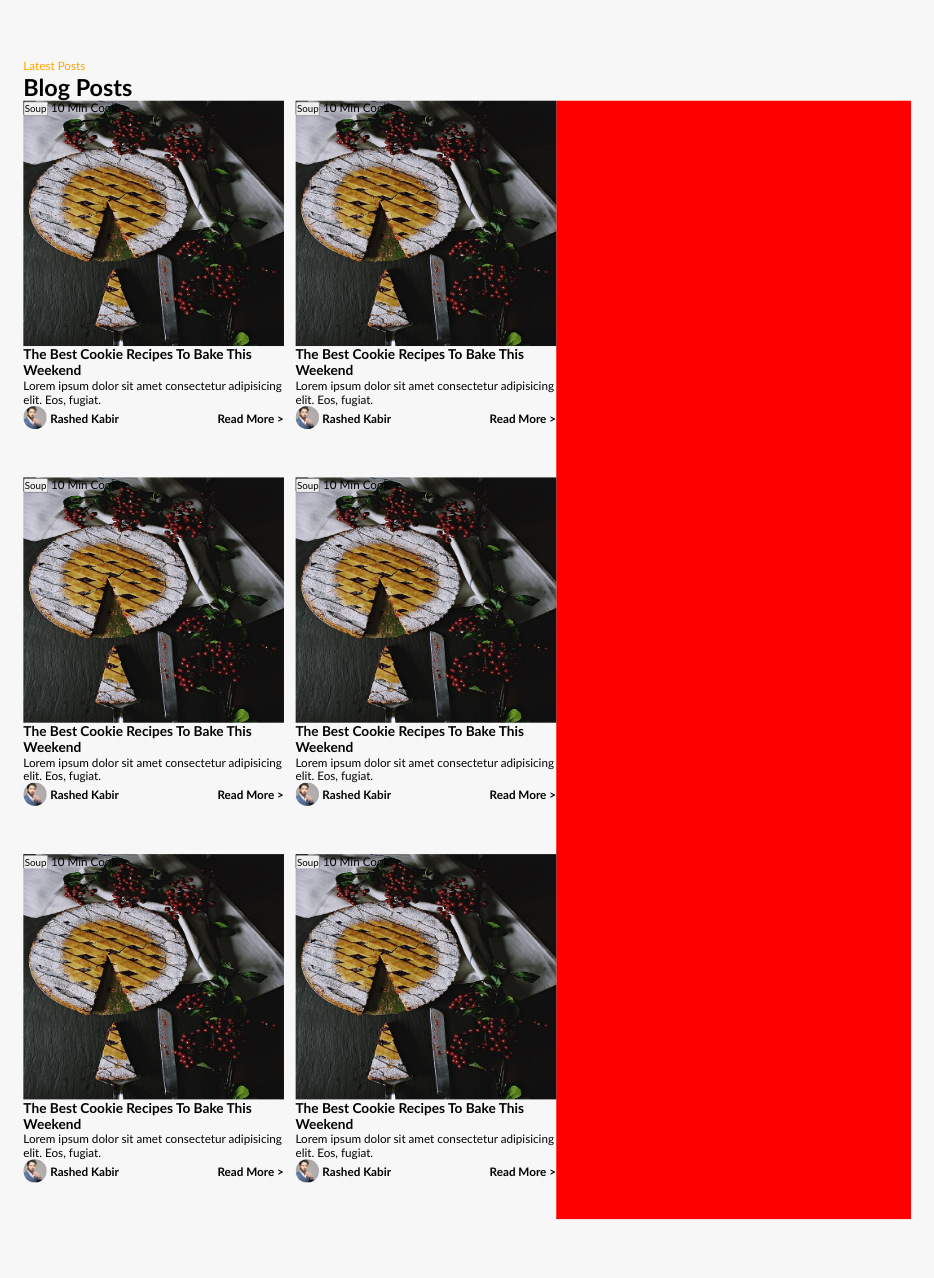
Repository: ngoctinvo/diner_project_cybersoft
Page: html/blog.html
An editor plug-in stored every save of this project. The page is shown before and after the next save, followed by the edit.
The browser window is 1280 px wide. The pictures show the whole page, at 73% of full size.
The style sheet was rebuilt from its Sass, Less or Tailwind sources for each picture, by a compiler version that may differ from the author's.

Above is the page before, as saved 2022-04-19 10:18:37.

### html/blog.html
<!DOCTYPE html>
<html lang="en">

<head>
    <meta charset="UTF-8">
    <meta http-equiv="X-UA-Compatible" content="IE=edge">
    <meta name="viewport" content="width=device-width, initial-scale=1.0">
    <title>Document</title>
    <link rel="stylesheet" href="../css/blog.css">
</head>

<body>
    <header></header>
    <section class="blog">
        <div class="container">
            <div class="title">
                <p>Latest Posts</p>
                <h1>Blog Posts</h1>
            </div>
            <div class="row">
                <div class="left-posts">
                    <div class="list">
                        <div class="item">
                            <div class="img">
                                <img src="../img/blog/g4.jpg" alt="">
                                <div class="info-img">
                                    <button>Soup</button>
                                    <span><i class="fa fa-clock"></i> 10 Min Cook</span>
                                </div>

                            </div>
                            <div class="content">
                                <h3>The Best Cookie Recipes To Bake This Weekend</h3>
                                <p>Lorem ipsum dolor sit amet consectetur adipisicing elit. Eos, fugiat.</p>
                            </div>
                            <div class="author">
                                <div class="author-info">
                                    <a href="#">
                                        <img src="../img/blog/team1.jpg" alt="">
                                        <span>Rashed Kabir</span>
                                    </a>
                                </div>

                                <a href="#">Read More ></a>
                            </div>
                        </div>
                        <div class="item">
                            <div class="img">
                                <img src="../img/blog/g4.jpg" alt="">
                                <div class="info-img">
                                    <button>Soup</button>
                                    <span><i class="fa fa-clock"></i> 10 Min Cook</span>
                                </div>

                            </div>
                            <div class="content">
                                <h3>The Best Cookie Recipes To Bake This Weekend</h3>
                                <p>Lorem ipsum dolor sit amet consectetur adipisicing elit. Eos, fugiat.</p>
                            </div>
                            <div class="author">
                                <div class="author-info">
                                    <a href="#">
                                        <img src="../img/blog/team1.jpg" alt="">
                                        <span>Rashed Kabir</span>
                                    </a>
                                </div>

                                <a href="#">Read More ></a>
                            </div>
                        </div>
                        <div class="item">
                            <div class="img">
                                <img src="../img/blog/g4.jpg" alt="">
                                <div class="info-img">
                                    <button>Soup</button>
                                    <span><i class="fa fa-clock"></i> 10 Min Cook</span>
                                </div>

                            </div>
                            <div class="content">
                                <h3>The Best Cookie Recipes To Bake This Weekend</h3>
                                <p>Lorem ipsum dolor sit amet consectetur adipisicing elit. Eos, fugiat.</p>
                            </div>
                            <div class="author">
                                <div class="author-info">
                                    <a href="#">
                                        <img src="../img/blog/team1.jpg" alt="">
                                        <span>Rashed Kabir</span>
                                    </a>
                                </div>

                                <a href="#">Read More ></a>
                            </div>
                        </div>
                        <div class="item">
                            <div class="img">
                                <img src="../img/blog/g4.jpg" alt="">
                                <div class="info-img">
                                    <button>Soup</button>
                                    <span><i class="fa fa-clock"></i> 10 Min Cook</span>
                                </div>

                            </div>
                            <div class="content">
                                <h3>The Best Cookie Recipes To Bake This Weekend</h3>
                                <p>Lorem ipsum dolor sit amet consectetur adipisicing elit. Eos, fugiat.</p>
                            </div>
                            <div class="author">
                                <div class="author-info">
                                    <a href="#">
                                        <img src="../img/blog/team1.jpg" alt="">
                                        <span>Rashed Kabir</span>
                                    </a>
                                </div>

                                <a href="#">Read More ></a>
                            </div>
                        </div>
                        <div class="item">
                            <div class="img">
                                <img src="../img/blog/g4.jpg" alt="">
                                <div class="info-img">
                                    <button>Soup</button>
                                    <span><i class="fa fa-clock"></i> 10 Min Cook</span>
                                </div>

                            </div>
                            <div class="content">
                                <h3>The Best Cookie Recipes To Bake This Weekend</h3>
                                <p>Lorem ipsum dolor sit amet consectetur adipisicing elit. Eos, fugiat.</p>
                            </div>
                            <div class="author">
                                <div class="author-info">
                                    <a href="#">
                                        <img src="../img/blog/team1.jpg" alt="">
                                        <span>Rashed Kabir</span>
                                    </a>
                                </div>

                                <a href="#">Read More ></a>
                            </div>
                        </div>
                        <div class="item">
                            <div class="img">
                                <img src="../img/blog/g4.jpg" alt="">
                                <div class="info-img">
                                    <button>Soup</button>
                                    <span><i class="fa fa-clock"></i> 10 Min Cook</span>
                                </div>

                            </div>
                            <div class="content">
                                <h3>The Best Cookie Recipes To Bake This Weekend</h3>
                                <p>Lorem ipsum dolor sit amet consectetur adipisicing elit. Eos, fugiat.</p>
                            </div>
                            <div class="author">
                                <div class="author-info">
                                    <a href="#">
                                        <img src="../img/blog/team1.jpg" alt="">
                                        <span>Rashed Kabir</span>
                                    </a>
                                </div>

                                <a href="#">Read More ></a>
                            </div>
                        </div>
                    </div>
                    <div class="control-btn"></div>
                </div>
                <div class="right-posts">
                    <!-- <div class="right-container">
                        <div class="item latest-recipes">
                            <h2>Lastest recipes</h2>
                            <div class="list">
                                <div class="item">
                                    <img src="../img/blog/banner1.jpg">
                                    <span>How to make capuccino</span>
                                </div>
                                <div class="item">
                                    <img src="../img/blog/banner1.jpg">
                                    <span>How to make capuccino</span>
                                </div>
                                <div class="item">
                                    <img src="../img/blog/banner1.jpg">
                                    <span>How to make capuccino</span>
                                </div>
                                <div class="item">
                                    <img src="../img/blog/banner1.jpg">
                                    <span>How to make capuccino</span>
                                </div>
                            </div>
                        </div>
                        <div class="item trending-posts">
                            <h3>Trending posts</h3>
                            <div class="list">
                                <div class="item">
                                    <img src="../img/blog/g3.jpg" alt="">
                                    <div class="info">
                                        <p>12 Curry Recipes You’ll Ever Need</p>
                                        <span>Feb 4, 2021</span>
                                    </div>
                                </div>
                            </div>
                        </div>
                        <div class="item categories">
                            <h3>Categories</h3>
                            <ul>
                                <li>
                                    <a href="#">Desserts</a>
                                </li>
                                <li>
                                    <a href="#">Cakes and Biscuits</a>
                                </li>
                                <li>
                                    <a href="#">Food recipes</a>
                                </li>

                            </ul>
                        </div>
                        <div class="item advertisement">
                            <h3>Advertisement</h3>
                            <img src="../img/blog/g1.jpg" alt="">
                        </div>
                    </div> -->



                </div>
            </div>
        </div>
        </div>
    </section>
    <footer></footer>
</body>

</html>

### sass/blog.scss
* {
    margin: 0;
    padding: 0;
    box-sizing: border-box;
    font-family: 'Gill Sans', 'Gill Sans MT', Calibri, 'Trebuchet MS', sans-serif;
}

.blog {
    color: black;
    .container {
        width: 100%;
        background-color: #f7f7f7;
        padding: 5rem 2rem;
        .title {
            p {
                color: orange;
                font-size: 1rem;
            }
            h1 {
                font-size: 2rem;
            }
        }
        .row {
            display: flex;
            flex-direction: row;
            .left-posts {
                width: 60%;
                .list {
                    display: grid;
                    grid-template-columns: 1fr 1fr;
                    grid-template-rows: repeat(3, 500px);
                    gap: 1rem;
                    .item {
                        margin-bottom: 5rem;
                        .img {
                            position: relative;
                            height: 80%;
                            img {
                                width: 100%;
                                height: 100%;
                            }
                            .info-img {
                                position: absolute;
                                width: 100%;
                                height: 100%;
                                top: 0;
                                left: 0;
                            }
                        }
                        .author {
                            display: flex;
                            flex-direction: row;
                            justify-content: space-between;
                            align-items: center;
                            a {
                                display: flex;
                                flex-direction: row;
                                align-items: center;
                            }
                            .author-info {
                                margin-right: 1rem;
                                img {
                                    width: 2rem;
                                    border-radius: 50%;
                                    margin-right: 0.3rem;
                                }
                            }
                            a {
                                text-decoration: none;
                                color: black;
                                font-size: 1rem;
                                font-weight: 600;
                            }
                        }
                    }
                }
            }
            .right-posts {
                width: 40%;
                background-color: red;
            }
        }
    }
}

After the next save:
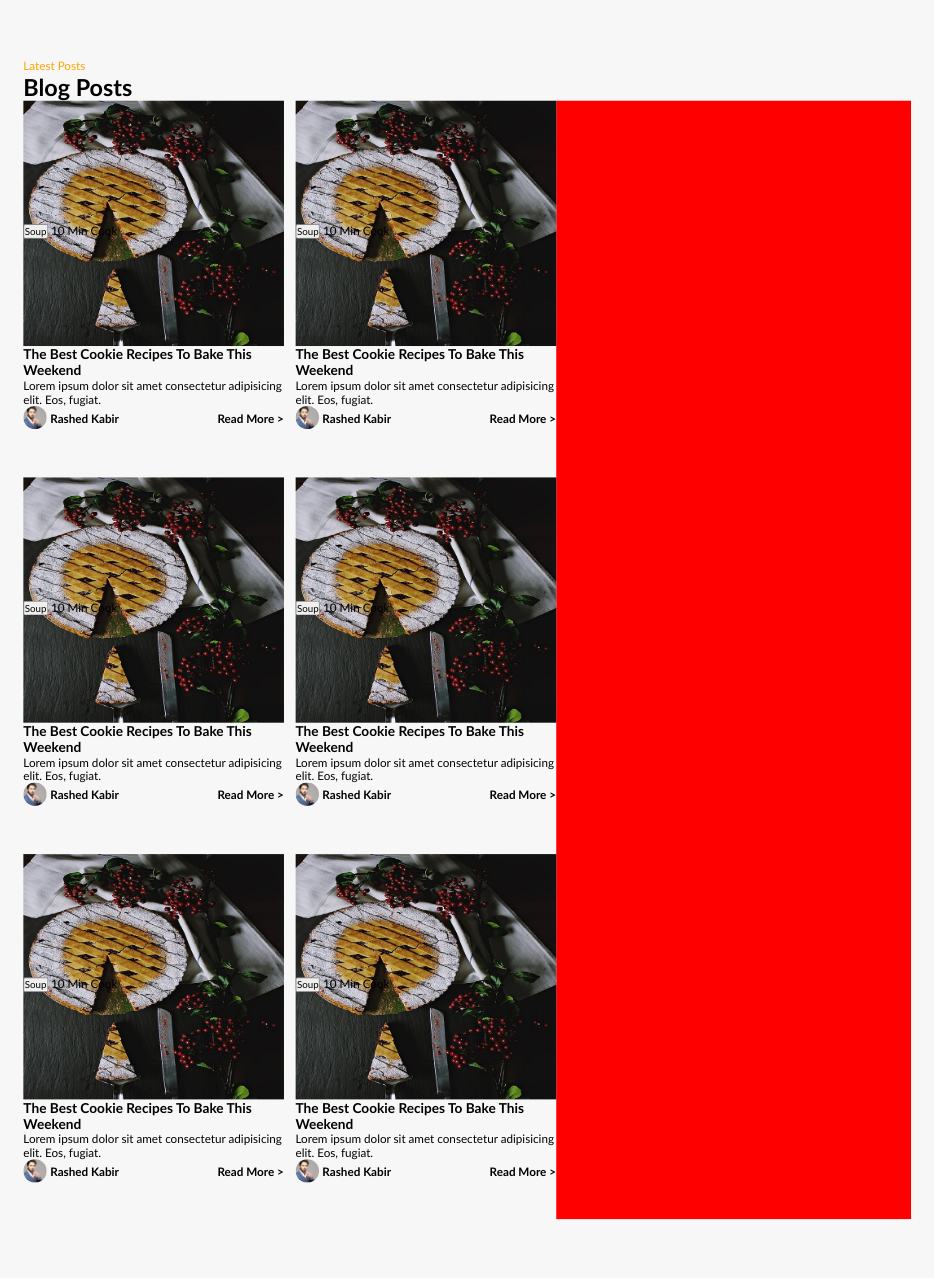
Saved 4 s later.
--- a/sass/blog.scss
+++ b/sass/blog.scss
@@ -43,7 +43,7 @@
                                 position: absolute;
                                 width: 100%;
                                 height: 100%;
-                                top: 0;
+                                top: 50%;
                                 left: 0;
                             }
                         }

After the save that followed:
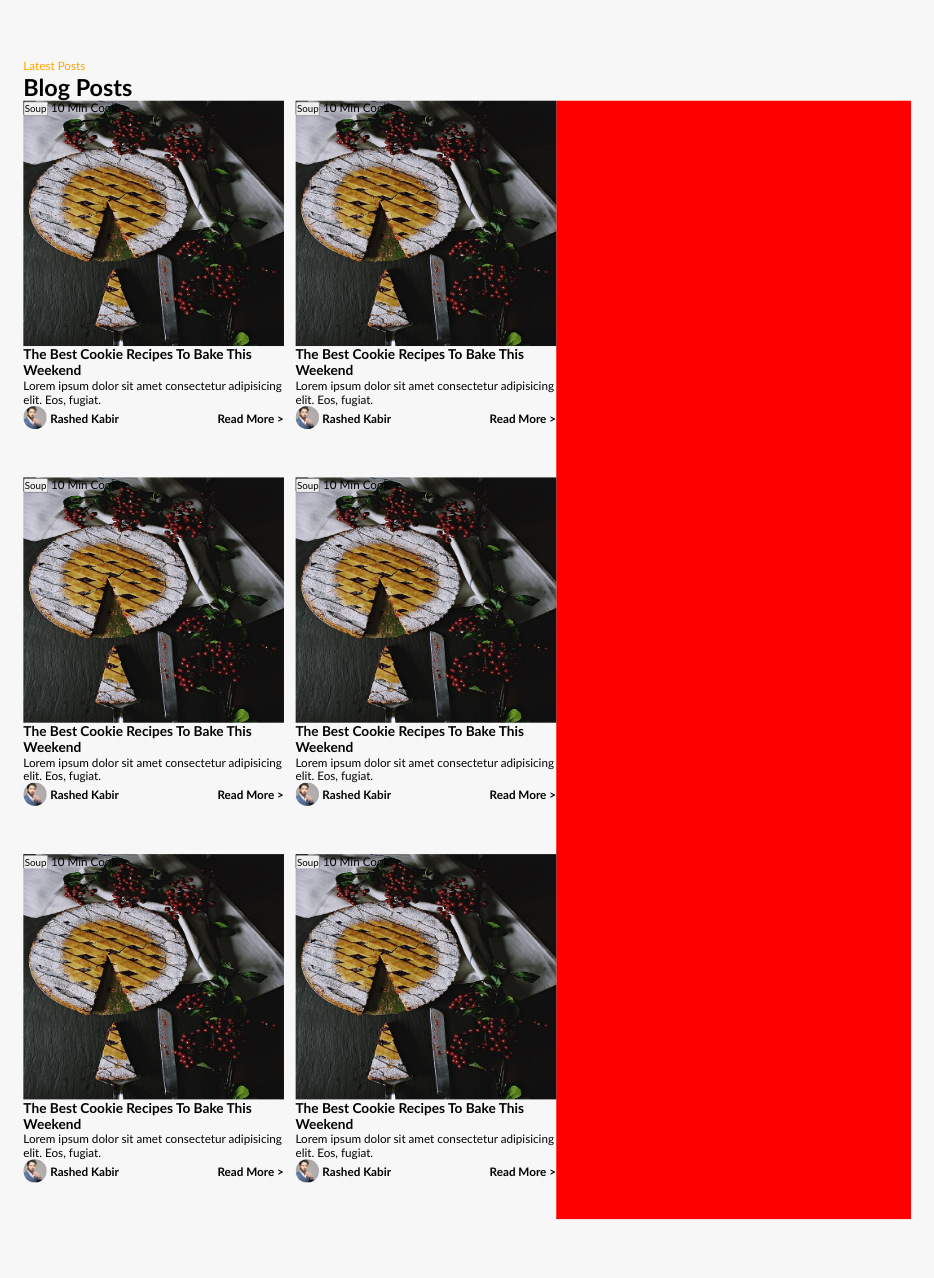
Saved 7 s later.
--- a/sass/blog.scss
+++ b/sass/blog.scss
@@ -43,7 +43,7 @@
                                 position: absolute;
                                 width: 100%;
                                 height: 100%;
-                                top: 50%;
+                                bottom: 0;
                                 left: 0;
                             }
                         }
